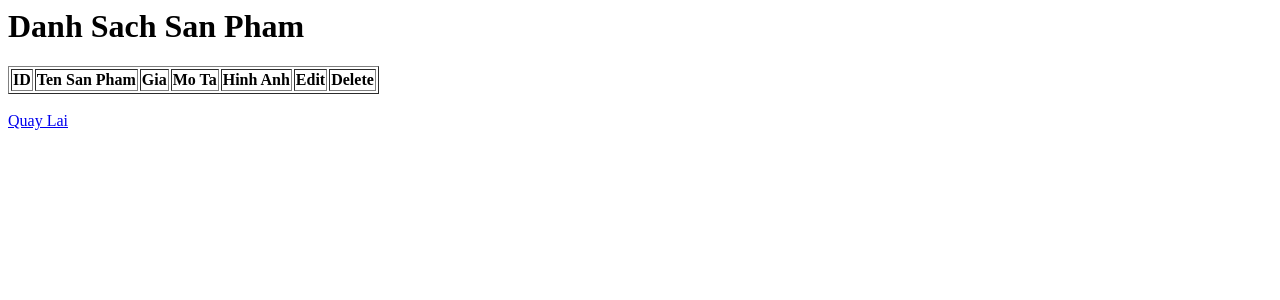
Repository: kazela2/K22CNT2_LeHoangLong_2210900037_project3
Page: http://localhost/K22CNT2-LeHoangLong-2210900037/WEB-INF/views/viewsanpham.jsp
These files come from the project's save history. The page is drawn as it stood at one moment and after the next save; the edit follows.
The browser window is 1280 px wide. The pictures show the whole page.
The page is served by Tomcat 9. Nobody is signed in. The template is opened directly, without the code that normally fills it, so the values that code supplies are empty.

Above is the page before, as saved 2025-02-27 14:30:49.

After the next save:
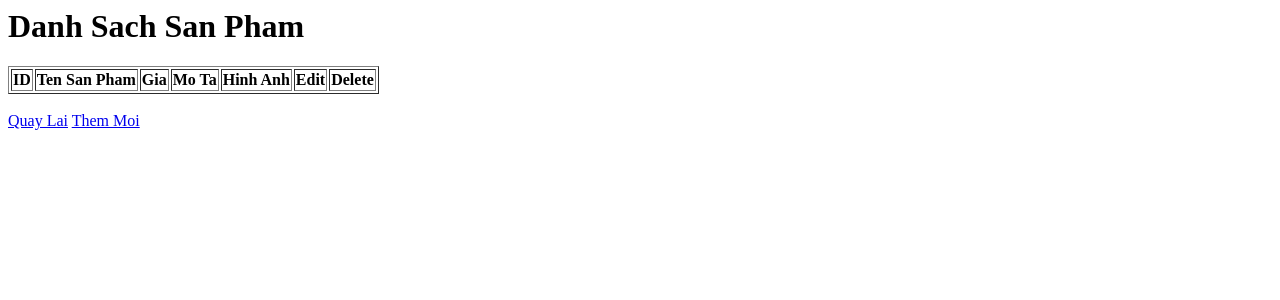
Saved 8 s later.
--- a/Eclipse/K22CNT2-LeHoangLong-2210900037/src/main/webapp/WEB-INF/views/viewsanpham.jsp
+++ b/Eclipse/K22CNT2-LeHoangLong-2210900037/src/main/webapp/WEB-INF/views/viewsanpham.jsp
@@ -31,5 +31,5 @@
     </table>
     <br />
     <a href="index.jsp">Quay Lai</a>
-    <a href="add"
+    <a href="addsanpham">Them Moi</a>
 </body>
